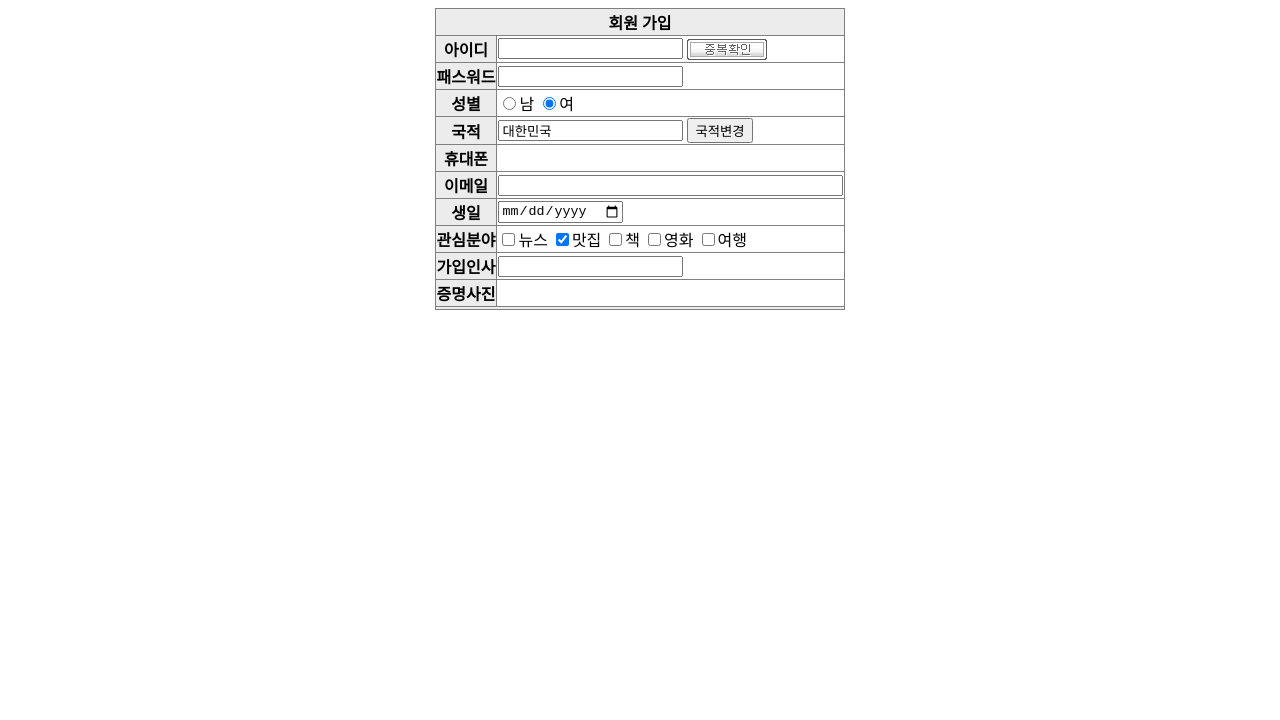
Repository: gyungmean/2020_2_webProgramming
Page: week2/week2/WebContent/Practice02/Practice02.html
An editor plug-in stored every save of this project. The page is shown before and after the next save, followed by the edit.
The browser window is 1280 px wide. The pictures show the whole page.

Above is the page before, as saved 2020-09-14 07:49:08.

After the next save:
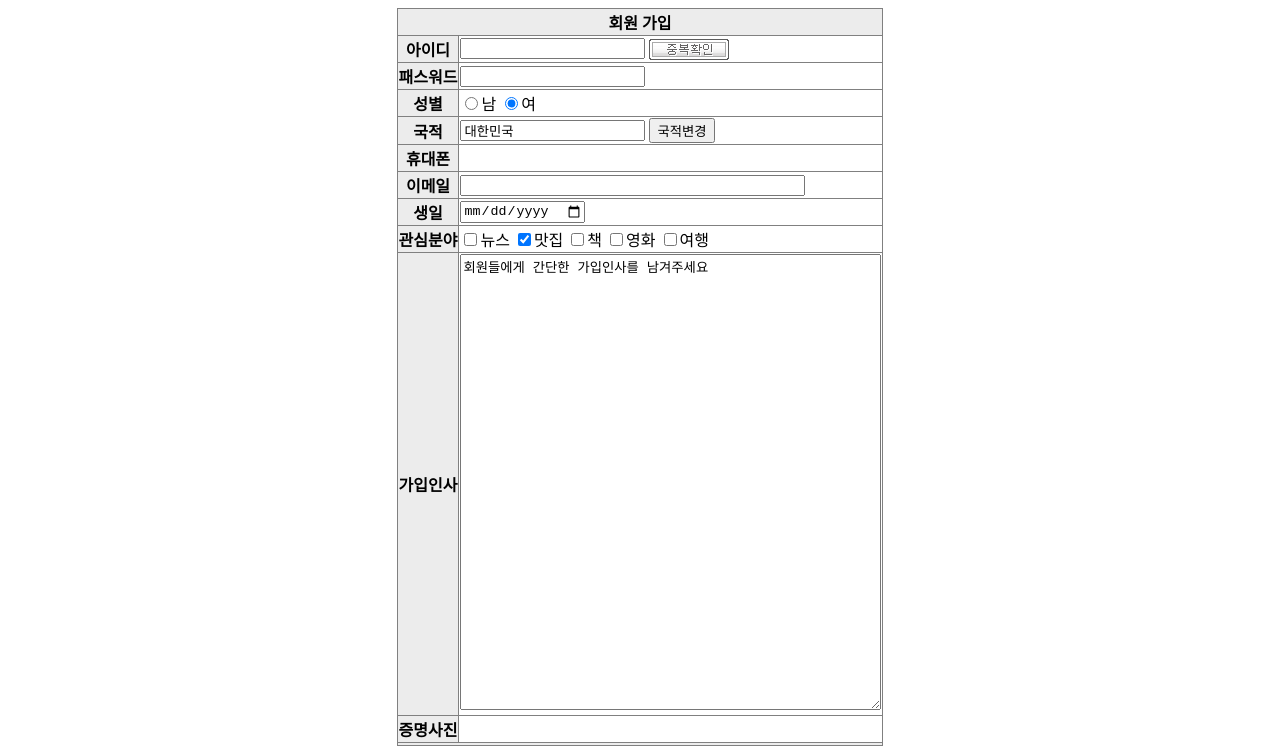
Saved 2 min 21 s later.
--- a/week2/week2/WebContent/Practice02/Practice02.html
+++ b/week2/week2/WebContent/Practice02/Practice02.html
@@ -63,7 +63,7 @@
 			</tr>
 			<tr>
 				<td class= title>가입인사</td>
-				<td><input type="textarea"></td>
+				<td><textarea cols=50px, rows=30px>회원들에게 간단한 가입인사를 남겨주세요</textarea></td>
 			</tr>
 			<tr>
 				<td class= title>증명사진</td>
